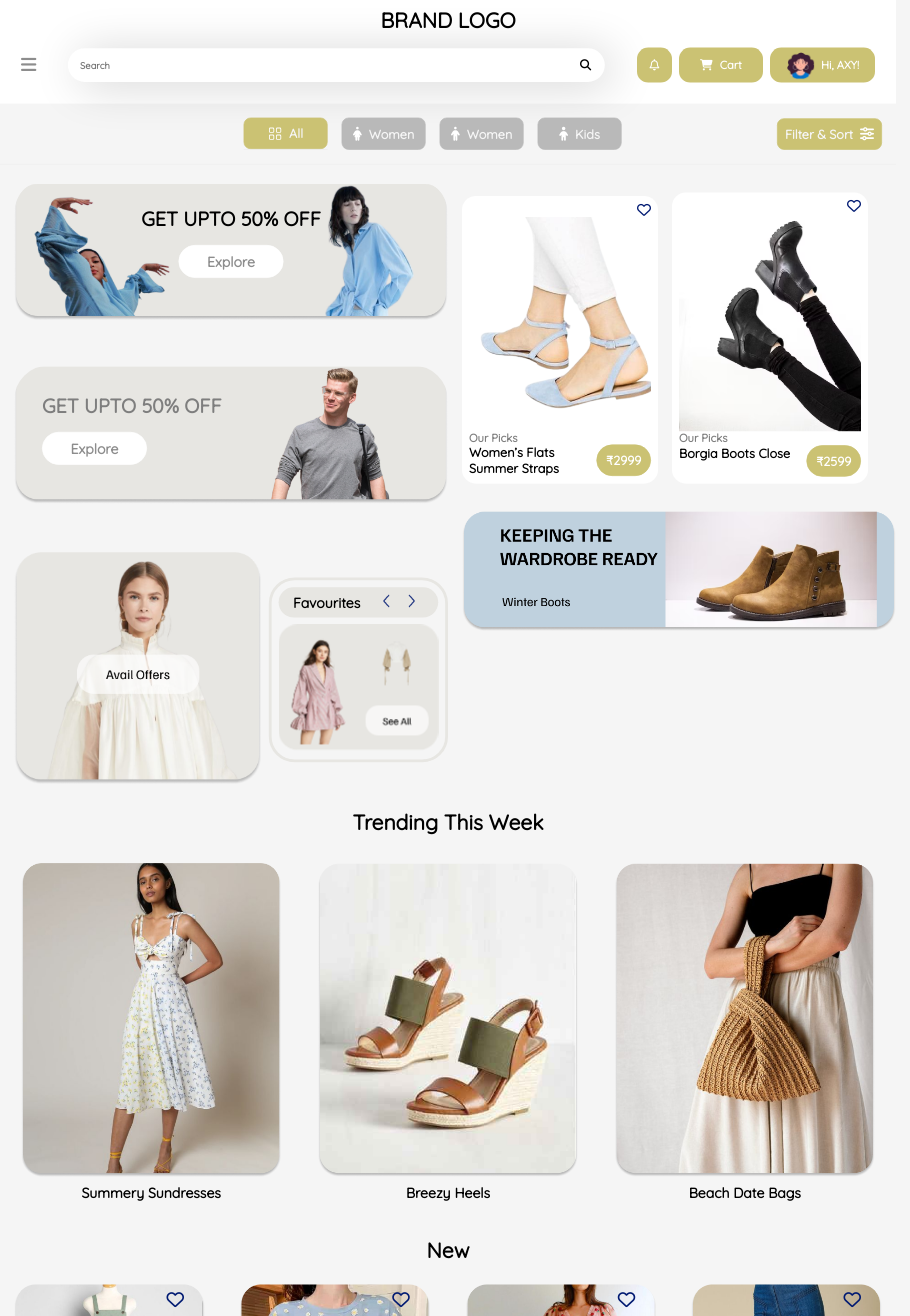
Repository: FlyweisReact/Jaspal
Page: /homepage
These files come from the project's save history. The page is drawn as it stood at one moment and after the next save; the edit follows.
The browser window is 1280 px wide. The page is 1300 px wide, so the pictures cover 1300 px, including what lies to the right of the window. The pictures show the part of the page from y = 0 to 1880 px (the page is 2571 px tall before and 2706 px after), at 70% of full size.
Some web libraries are served in a nearby version. The project was rebuilt for these pictures with package versions that can differ from the ones it lists, and the page was loaded fresh each time. Also part of the build but not shown: src/Pages/Login/Login.js.

Above is the page before, as saved 2023-08-19 12:44:22.

After the next save:
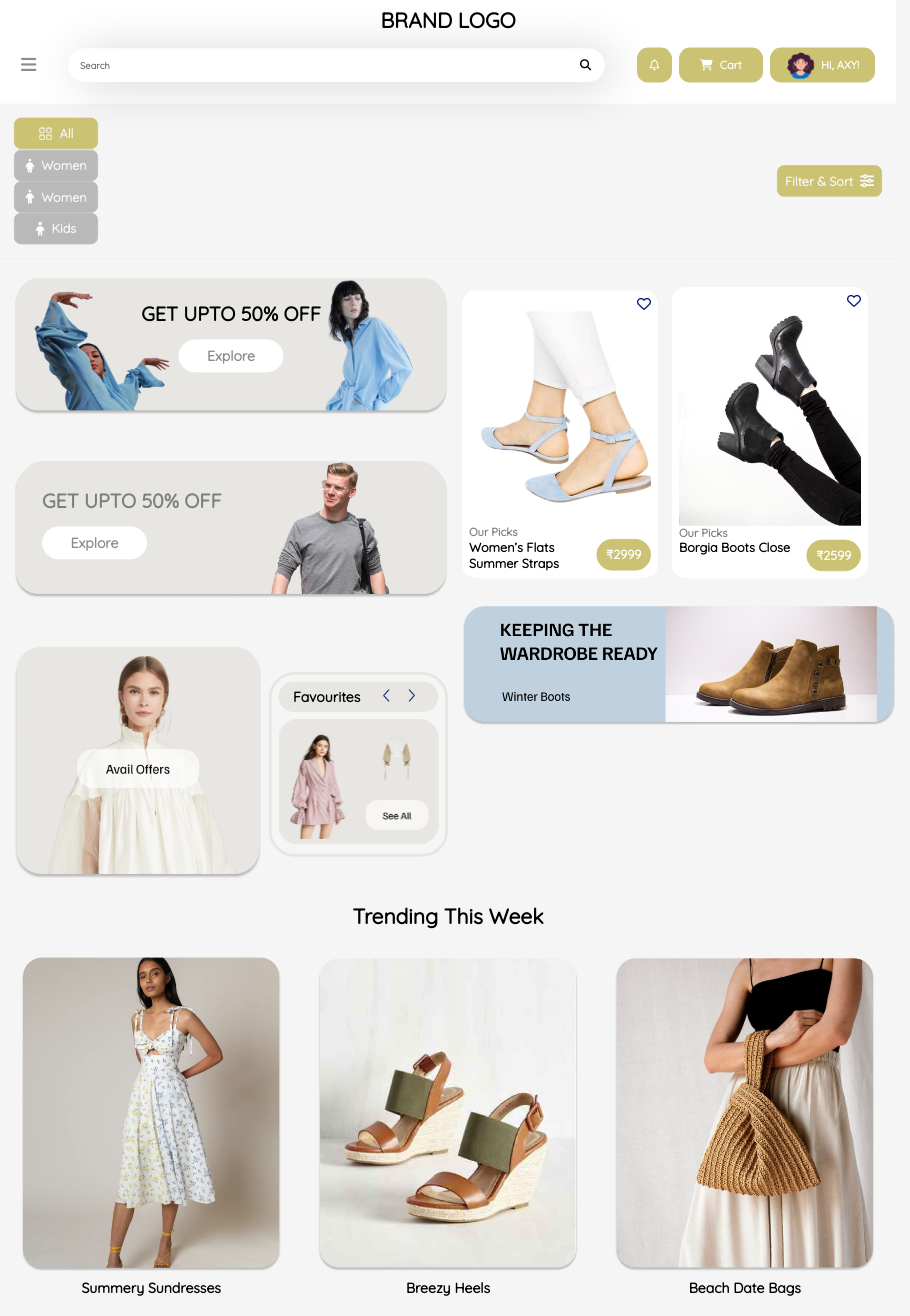
Saved 5 s later.
--- a/src/CSS/Normal.css
+++ b/src/CSS/Normal.css
@@ -125,6 +125,7 @@
   max-width: 1400px;
   margin: auto;
 }
+.Fi
 .Filter-Category .center {
   width: 70%;
   display: flex;

After the 3 saves that followed:
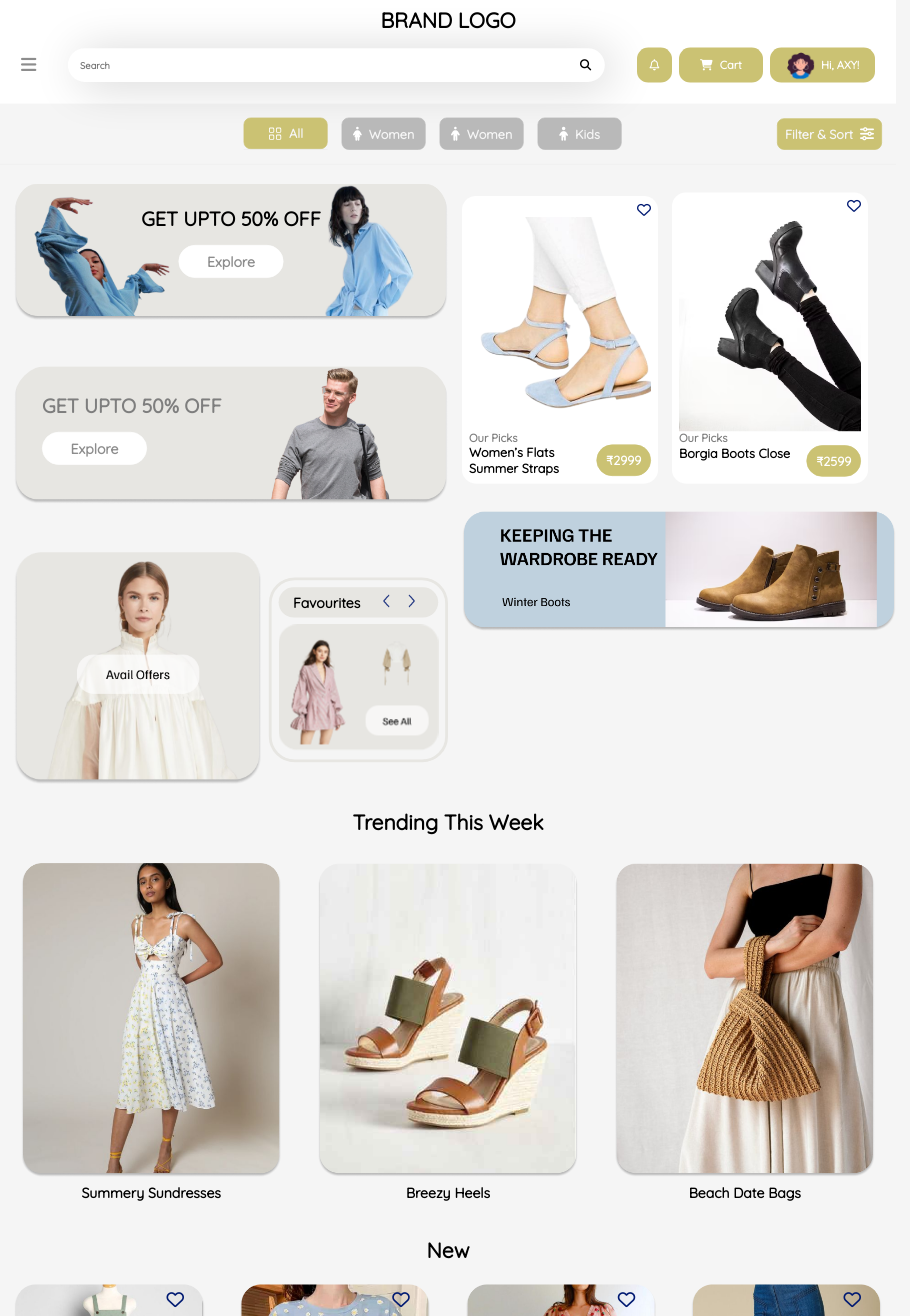
The 3 saves are shown as one change because they came seconds apart.
The last was saved 9 s later.
--- a/src/CSS/Normal.css
+++ b/src/CSS/Normal.css
@@ -125,7 +125,9 @@
   max-width: 1400px;
   margin: auto;
 }
-.Fi
+.Filter-Category .center .Main .empty{
+
+}
 .Filter-Category .center {
   width: 70%;
   display: flex;
